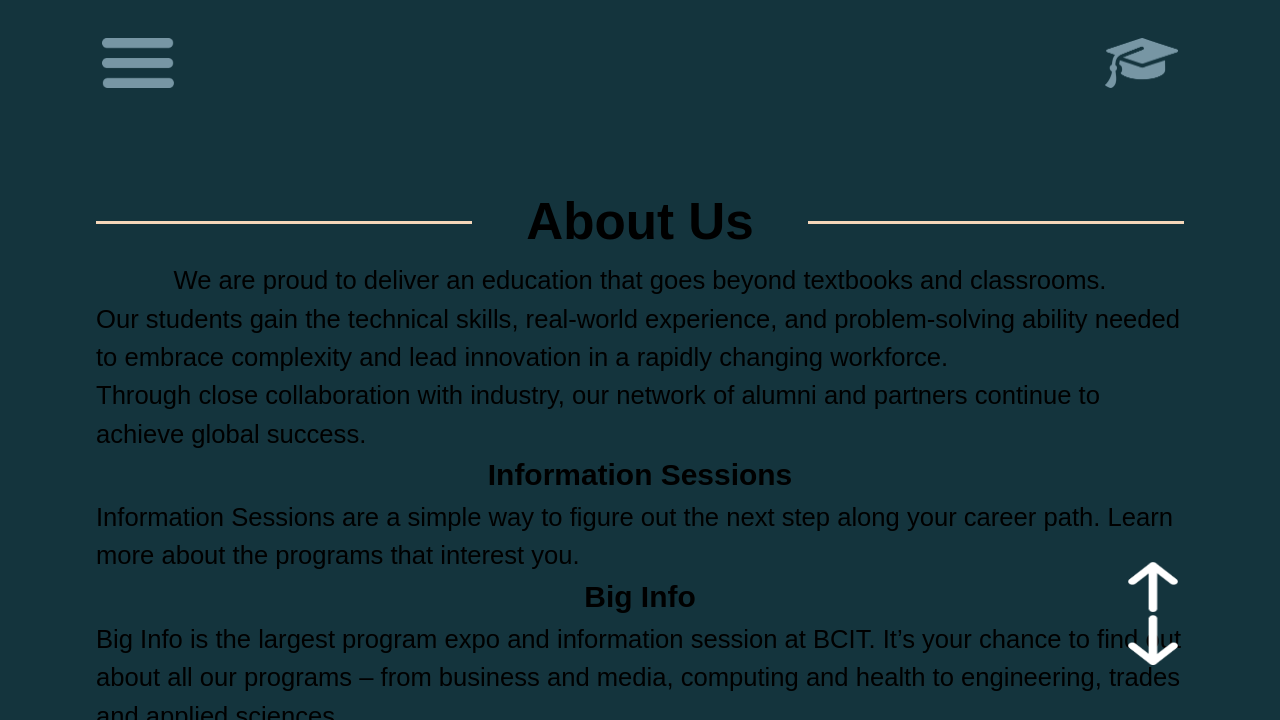
Repository: Kinakopan/playwright_bcit
Page: /about
These files come from the project's save history. The page is drawn as it stood at one moment and after the next save; the edit follows.
The browser window is 1280 px wide. The pictures show the whole page.
Some web fonts or font styles are not loaded; a fallback is used. The project was rebuilt for these pictures with package versions that can differ from the ones it lists, and the page was loaded fresh each time. The framework's server and built-in components were replaced by stand-ins that run in the browser. Also part of the build but not shown: next.config.js.

Above is the page before, as saved 2023-01-28 10:55:50.

After the next save:
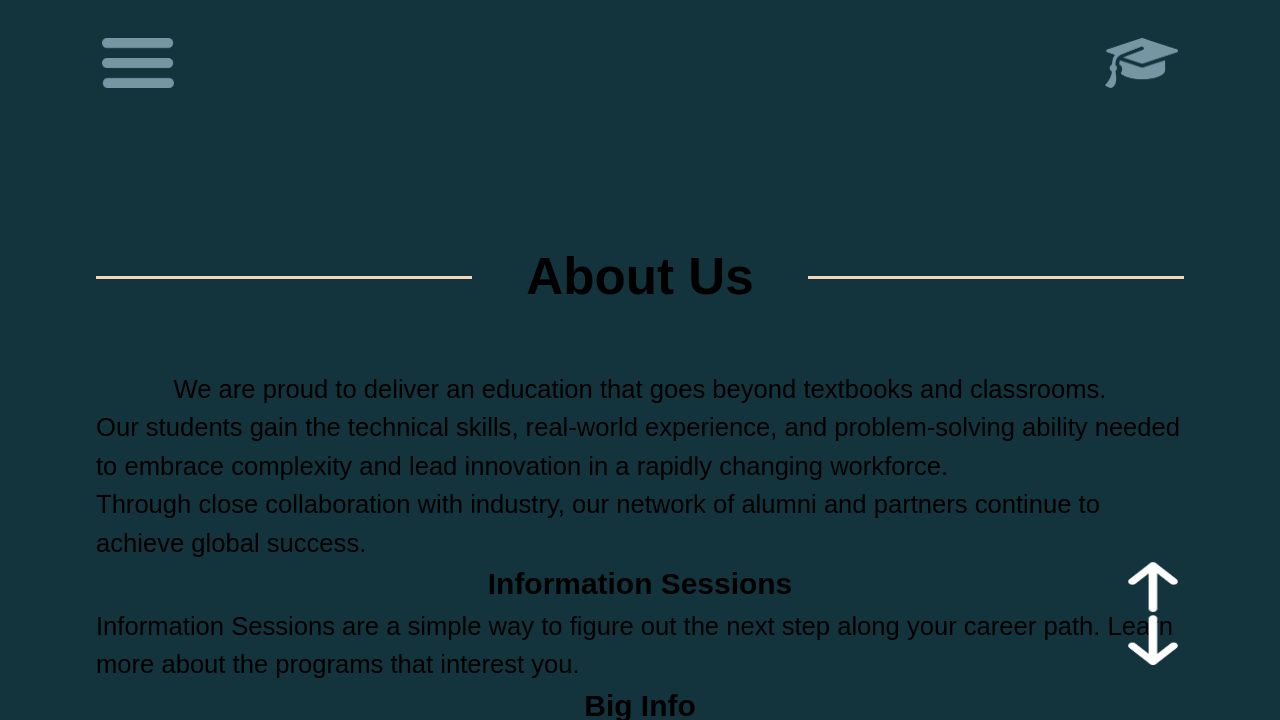
Saved 58 s later.
--- a/styles/Home.module.css
+++ b/styles/Home.module.css
@@ -436,6 +436,7 @@
   display: flex;
   align-items: center;
   width: 100%;
+  padding: 5% 0;
 }
 
 .body_about .text_heading:before,
